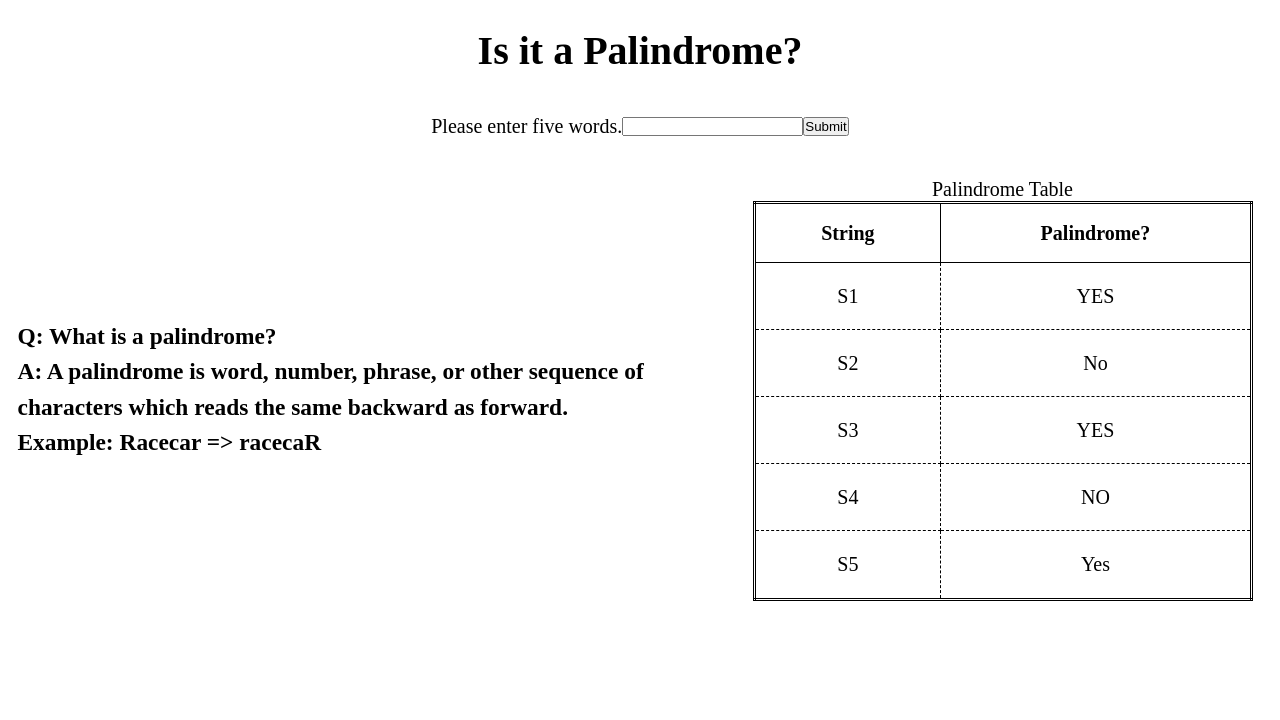
Repository: mlmEFSC21/P18-Palindrome-Table
Page: palindrome.html
These files come from the project's save history. The page is drawn as it stood at one moment and after the next save; the edit follows.
The browser window is 1280 px wide. The pictures show the whole page.

Above is the page before, as saved 2022-04-03 18:15:16.

After the next save:
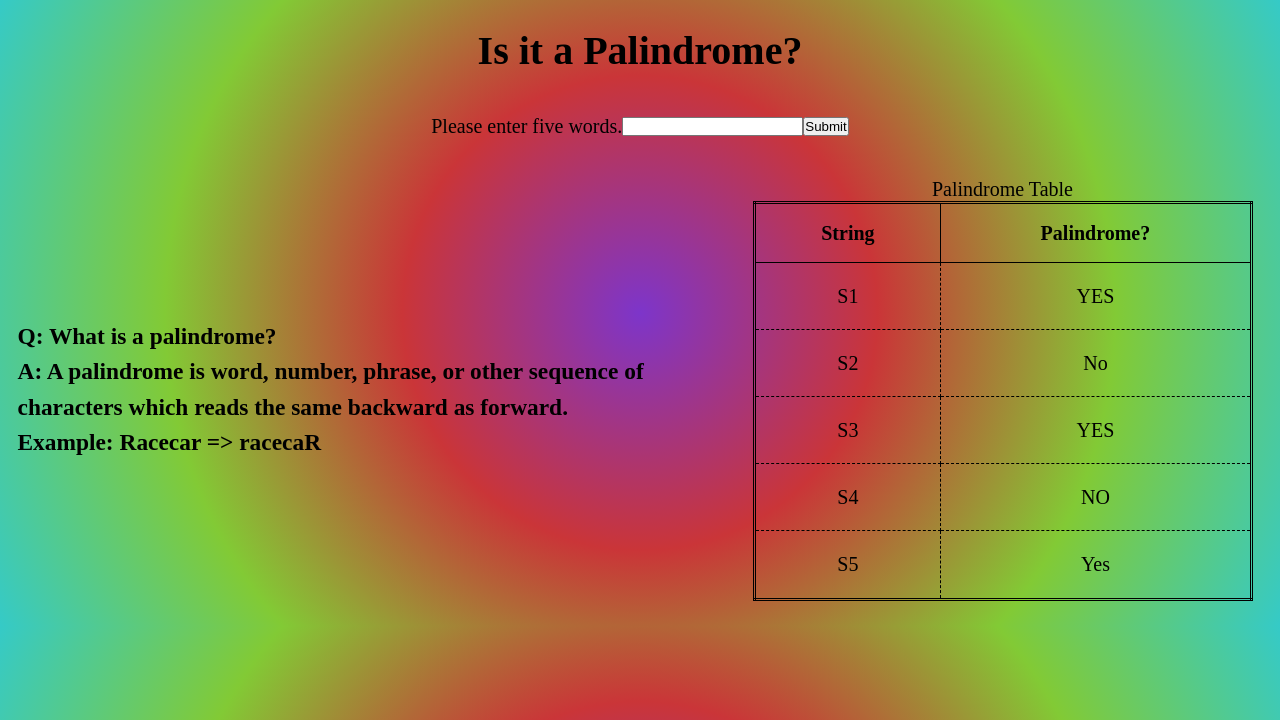
Saved 2 min 52 s later.
--- a/palindrome.css
+++ b/palindrome.css
@@ -7,6 +7,7 @@
 }
 body {
     font-size: 1.25rem;
+    background-image: radial-gradient(circle, #7d35ca, #ca3538, #82ca35, #35cac7);
 }
 header {
     display: flex;
